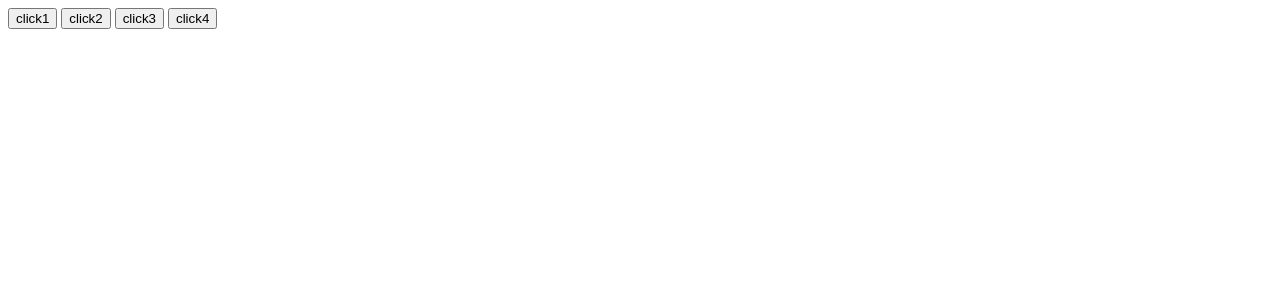
Repository: hong-bi/JsonStudy
Page: JsonApp01/WebContent/JsonTest09.html
These files come from the project's save history. The page is drawn as it stood at one moment and after the next save; the edit follows.
The browser window is 1280 px wide. The pictures show the whole page.

Above is the page before, as saved 2019-05-31 06:27:34.

### JsonApp01/WebContent/JsonTest09.html
<meta charset="UTF-8">
<script type="text/javascript">

	var obj4 =
	{
		"test" : null
	}

</script>

<form>
	<input type="button" value="click1" onclick="alert(obj4)">
	<input type="button" value="click2" onclick="alert(typeof obj4)">

	<input type="button" value="click3" onclick="alert(obj4.test)">
	<input type="button" value="click4" onclick="alert(typeof obj4.test)">

</form>

After the next save:
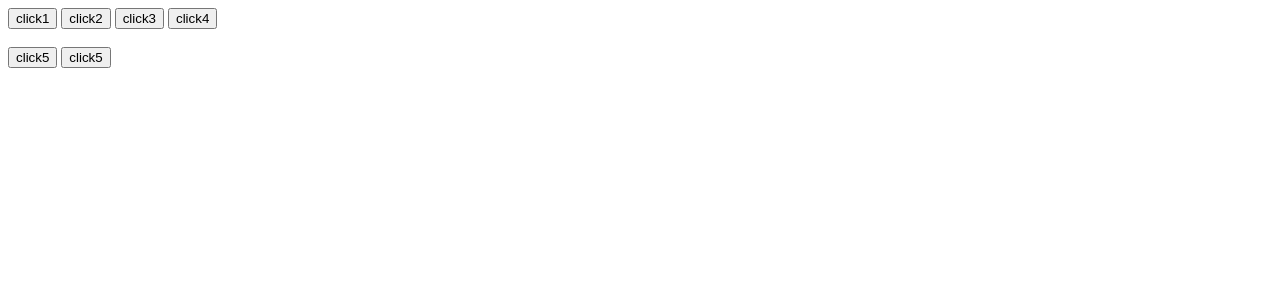
Saved 2 min 19 s later.
--- a/JsonApp01/WebContent/JsonTest09.html
+++ b/JsonApp01/WebContent/JsonTest09.html
@@ -15,4 +15,12 @@
 	<input type="button" value="click3" onclick="alert(obj4.test)">
 	<input type="button" value="click4" onclick="alert(typeof obj4.test)">
 
+	<br><br>
+
+	<input type="button" value="click5"
+	onclick="obj4.test=false; alert(obj4.test)">
+
+	<input type="button" value="click5"
+	onclick="obj4.test=false; alert(typeof obj4.test)">
+
 </form>
